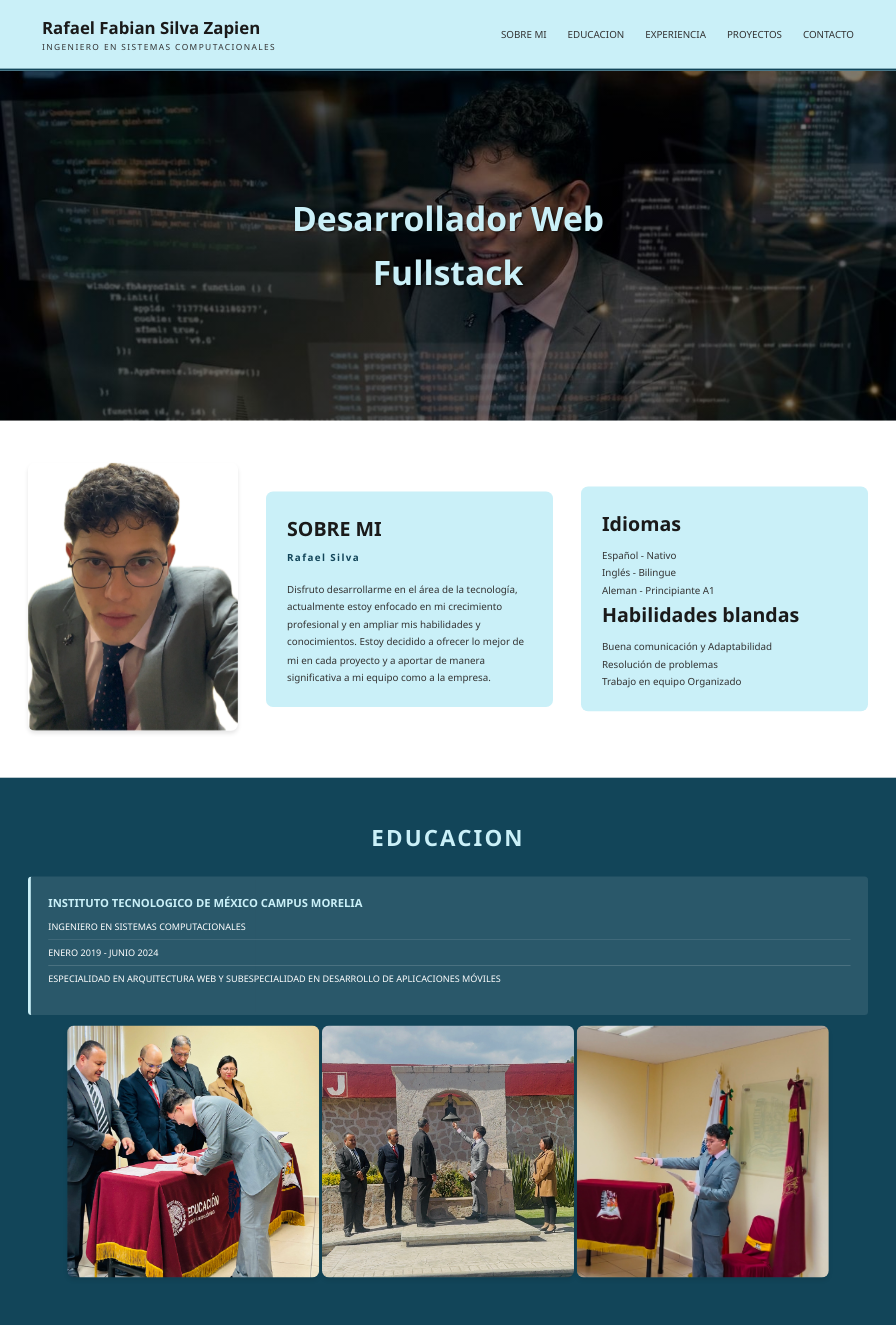
Repository: rafaelsilva2k/mi-portafolio
Page: index.html
These files come from the project's save history. The page is drawn as it stood at one moment and after the next save; the edit follows.
The browser window is 1280 px wide. The pictures show the part of the page from y = 0 to 1920 px (the page is 3313 px tall), at 70% of full size.

Above is the page before, as saved 2026-04-17 12:55:32.

After the next save:
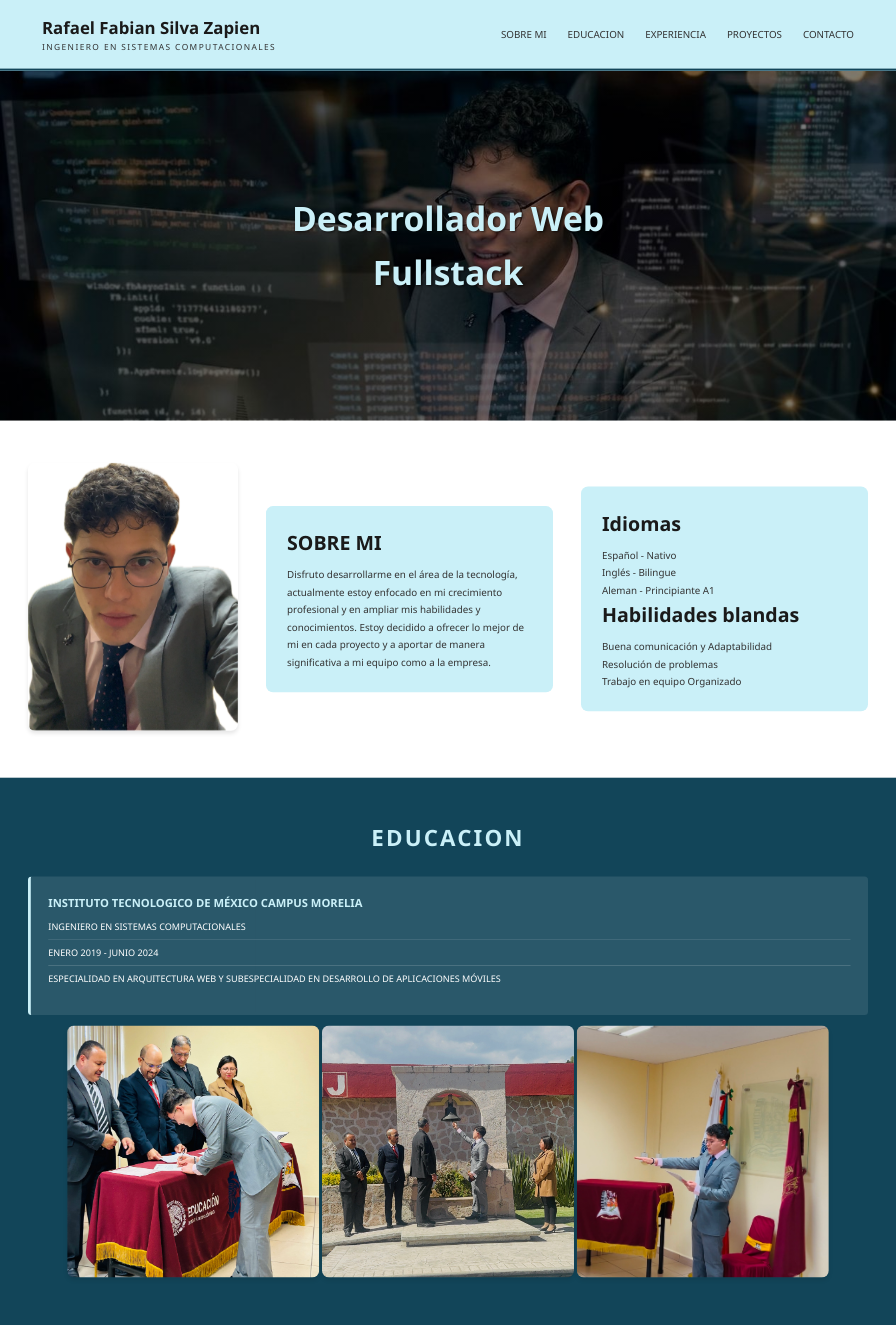
Saved 24 s later.
--- a/index.html
+++ b/index.html
@@ -42,7 +42,6 @@
             </div>
             <div class="sobre-mi-texto">
                 <h2>SOBRE MI</h2>
-                <h3>Rafael Silva</h3>
                 <p>Disfruto desarrollarme en el área de la tecnología, actualmente estoy enfocado en mi crecimiento profesional y en ampliar mis habilidades y conocimientos. Estoy decidido a ofrecer lo mejor de mi en cada proyecto y a aportar de manera significativa a mi equipo como a la empresa.</p>
             </div>
             <div class="sobre-mi-texto">
